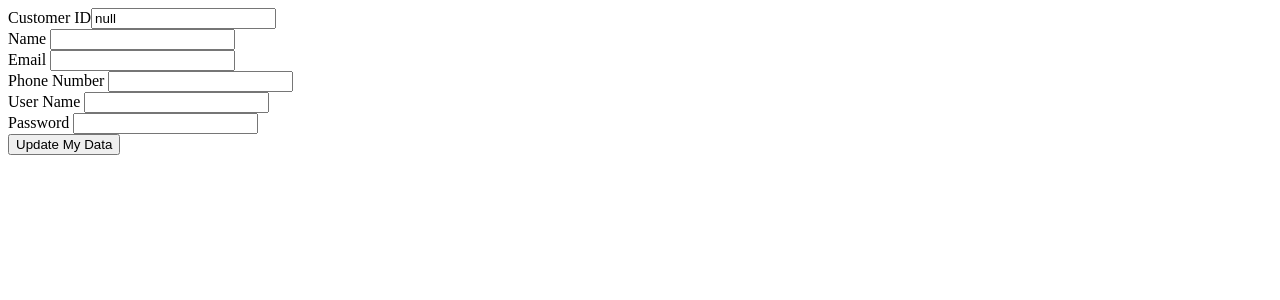
Repository: samidisjg/Login-Demo-Java-Servlet
Page: http://localhost/CustomerDemo/updatecustomer.jsp
These files come from the project's save history. The page is drawn as it stood at one moment and after the next save; the edit follows.
The browser window is 1280 px wide. The pictures show the whole page.
The page is served by Tomcat 9. Other server files are loaded and not shown.

Above is the page before, as saved 2023-07-14 06:44:25.

### java servlet/CustomerDemo/src/main/webapp/updatecustomer.jsp
<%@ page language="java" contentType="text/html; charset=ISO-8859-1"
    pageEncoding="ISO-8859-1"%>
<!DOCTYPE html>
<html>
<head>
<meta charset="ISO-8859-1">
<title>Insert title here</title>
</head>
<body>


	<%
		String id = request.getParameter("id");
		String name = request.getParameter("name");
		String email = request.getParameter("email");
		String phone = request.getParameter("phone");
		String userName = request.getParameter("uname");
		String password = request.getParameter("pass");
	%>

	<form action = "#" method = "POST">
		Customer ID<input type = "text" name="cusid" value = "<%= id %>"><br>
		Name <input type = "text" name ="name" value = ""><br>
		Email <input type = "text" name ="email" value = ""><br>
		Phone Number <input type = "text" name ="phone" value = ""><br>
		User Name <input type = "text" name ="uname" value = ""><br>
		Password <input type = "password" name ="pass" value = ""><br>

	    <input type = "submit" name ="submit" value = "Update My Data"><br>

	</form>

</body>
</html>

After the next save:
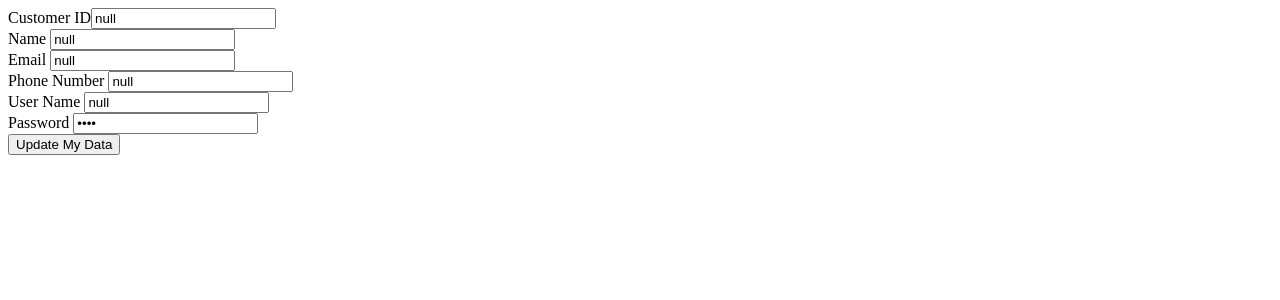
Saved 70 s later.
--- a/java servlet/CustomerDemo/src/main/webapp/updatecustomer.jsp
+++ b/java servlet/CustomerDemo/src/main/webapp/updatecustomer.jsp
@@ -20,11 +20,11 @@
 
 	<form action = "#" method = "POST">
 		Customer ID<input type = "text" name="cusid" value = "<%= id %>"><br>
-		Name <input type = "text" name ="name" value = ""><br>
-		Email <input type = "text" name ="email" value = ""><br>
-		Phone Number <input type = "text" name ="phone" value = ""><br>
-		User Name <input type = "text" name ="uname" value = ""><br>
-		Password <input type = "password" name ="pass" value = ""><br>
+		Name <input type = "text" name ="name" value = "<%= name %>"><br>
+		Email <input type = "text" name ="email" value = "<%= email %>"><br>
+		Phone Number <input type = "text" name ="phone" value = "<%= phone %>"><br>
+		User Name <input type = "text" name ="uname" value = "<%= userName %>"><br>
+		Password <input type = "password" name ="pass" value = "<%= password %>"><br>
 
 	    <input type = "submit" name ="submit" value = "Update My Data"><br>
 
